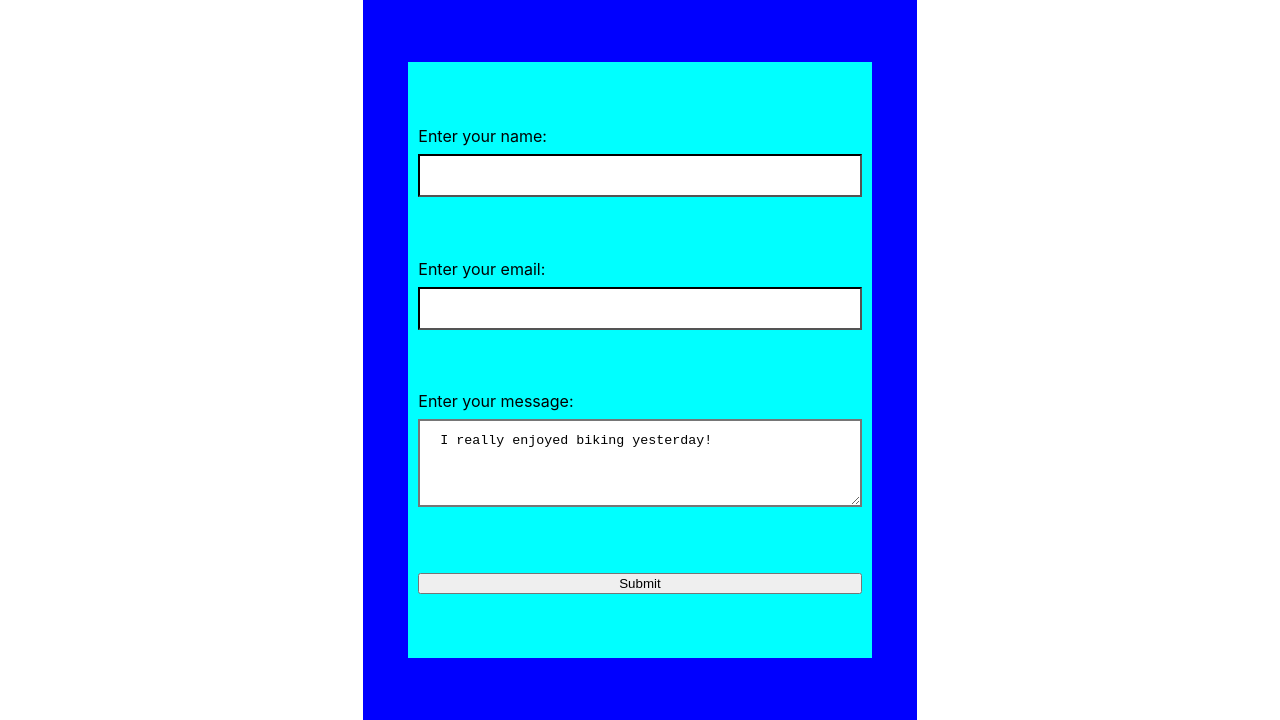
Repository: AddamVictorioDev/ProfileWebsite
Page: /form (app in con/)
An editor plug-in stored every save of this project. The page is shown before and after the next save, followed by the edit.
The browser window is 1280 px wide. The pictures show the whole page.
The project was rebuilt for these pictures with package versions that can differ from the ones it lists, and the page was loaded fresh each time. Also part of the build but not shown: con/src/App.css, con/src/home.css, con/src/home.js, con/src/addam.css, con/src/addam.js, con/src/usescripts.js, con/src/projects.js.

Above is the page before, as saved 2023-03-16 19:09:52.

### con/src/index.css
body {
  margin: 0;
  font-family: -apple-system, BlinkMacSystemFont, 'Segoe UI', 'Roboto', 'Oxygen',
    'Ubuntu', 'Cantarell', 'Fira Sans', 'Droid Sans', 'Helvetica Neue',
    sans-serif;
  -webkit-font-smoothing: antialiased;
  -moz-osx-font-smoothing: grayscale;
  /* background-image: url("/Users/addamvictorio/con/src/waterdropwallpp.jpg"); */
  /* background-color: #ffffff; */

}

code {
  font-family: source-code-pro, Menlo, Monaco, Consolas, 'Courier New',
    monospace;
}

### con/src/App.js
import logo from './logo.svg';
import './App.css';
import HomePage from './home';
import Addam from './addam';

import {
  BrowserRouter,
  Routes,
  Route
} from "react-router-dom";
import Projects from './projects';
import MyForm from './form';

function App() {

  return (

    <BrowserRouter>
      <Routes>


      <Route exact path="/" element={<Addam />}  />
      <Route path="projects" element={<Projects />} />
      <Route path="form" element={<MyForm />} />

      </Routes>


  </BrowserRouter>

  );
}

export default App;

### con/src/form.js
import { useState } from 'react';
import ReactDOM from 'react-dom/client';
import './form.css'

function MyForm() {
  const [inputs, setInputs] = useState({});
  const [textarea, setTextarea] = useState(
    "The content of a textarea goes in the value attribute"
  );

  const handleChange = (event) => {
    const name = event.target.name;
    const value = event.target.value;
    setInputs(values => ({...values, [name]: value}))
  }

  const handleSubmit = (event) => {
    event.preventDefault();
    alert(inputs);
  }

  return (
    <div className="center">
    <form onSubmit={handleSubmit}>
      <label>Enter your name:
      <input
        type="text"
        name="username"
        value={inputs.username || ""}
        onChange={handleChange}
      />
      </label>
      <label>Enter your email:
        <input
          type="text"
          name="age"
          value={inputs.age || ""}
          onChange={handleChange}
        />
        </label>
        <label>Enter your message:
        <textarea
        name="postContent"
        defaultValue="I really enjoyed biking yesterday!"
        rows={4}
        cols={40}
      />
        </label>

        <input type="submit" />
    </form>
    </div>
  )
}

export default MyForm;

### con/src/projects.css
.center{
    display: grid;
    justify-content: center;
    align-items: center;


}
.photo-grid {
    display: flex;
    height: 100%;

    border-radius: 10px;
    border-color: black;

    flex-wrap: wrap;
    justify-content: center;
    align-items: center;
    gap: 10px;
    background-color: blueviolet;
  }

  .photo-item {
    height: 100%;


    position: relative;




    overflow: auto;
  }

  img {
    width: 100%;
    height: 100%;


    object-fit: cover;
  }
  .img-text {
    position: absolute;
    width: 100%;
    bottom: 10px;

    color: white;
    background-color: rgb(199, 6, 6);
    padding: 10px;
  }

### con/src/form.css
body{
    display: flex;
    align-items: center;
    justify-content: center;

    height:100vh;

}
.container{

    align-items:center;
    display: flex;
    justify-content: space-between;
    background-color: aquamarine;

}

.center{
    display: grid;
    place-items: center;
    height: 100vh;
    background-color: blue;



}


form{
    display: flex;
    flex-direction: column;
    background-color: aqua;
    width: 80%;
    height: 80%;
    padding: 10px;
    justify-content: space-evenly;

}

input[type=text] {
    width: 100%;
    padding: 12px 20px;
    margin: 8px 0;
border-color: black;
    box-sizing: border-box;
  }
  textarea{

    width: 100%;
    padding: 12px 20px;
    margin: 8px 0;
    box-sizing: border-box;
    border-width: 2px;
  }

Loaded but not shown: con/public/index.html (common file); con/src/index.js (common file); con/src/reportWebVitals.js (common file)

After the next save:
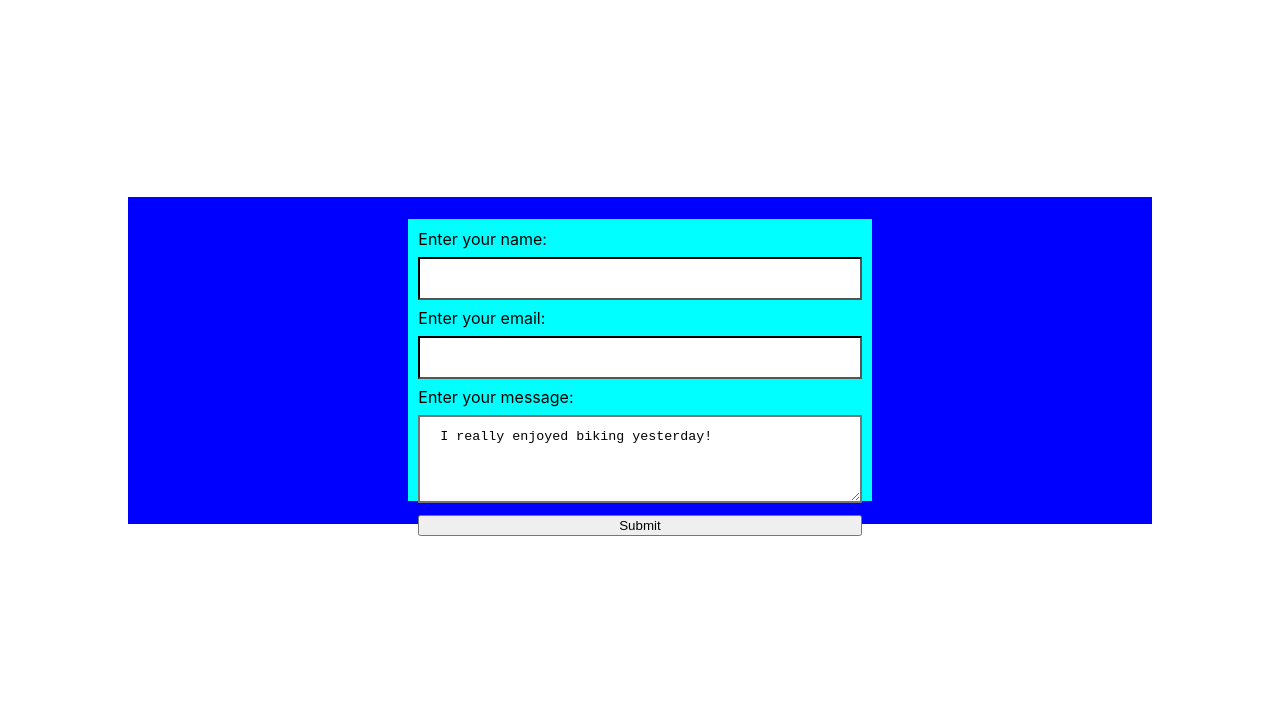
Saved 20 s later.
--- a/con/src/form.css
+++ b/con/src/form.css
@@ -18,7 +18,7 @@ body{
 .center{
     display: grid;
     place-items: center;
-    height: 100vh;
+ width: 80vw;
     background-color: blue;
 
 
